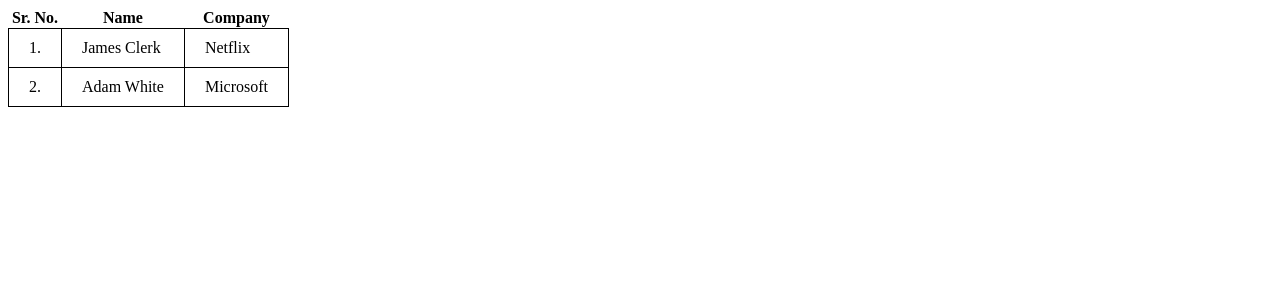
Repository: lhggiang/bangcuuchuong
Page: index.html
These files come from the project's save history. The page is drawn as it stood at one moment and after the next save; the edit follows.
The browser window is 1280 px wide. The pictures show the whole page.

Above is the page before, as saved 2023-05-19 07:25:45.

### index.html
<!DOCTYPE html>
<html lang="en">

<head>
    <meta charset="UTF-8">
    <meta http-equiv="X-UA-Compatible" content="IE=edge">
    <meta name="viewport" content="width=device-width, initial-scale=1.0">
    <title>Document</title>
    <style>
        table {
            border-collapse: collapse;
            border-spacing: 0;
        }

        td {
            padding: 10px 20px;
            border: 1px solid #000;
        }
    </style>
</head>

<body id="body">
    <script src="./javascript.js"></script>
</body>

</html>

### javascript.js
let table = document.createElement("table");
let thead = document.createElement("thead");
let tbody = document.createElement("tbody");

table.appendChild(thead);
table.appendChild(tbody);

// Adding the entire table to the body tag
document.getElementById("body").appendChild(table);
let row_1 = document.createElement("tr");
let heading_1 = document.createElement("th");
heading_1.innerHTML = "Sr. No.";
let heading_2 = document.createElement("th");
heading_2.innerHTML = "Name";
let heading_3 = document.createElement("th");
heading_3.innerHTML = "Company";

row_1.appendChild(heading_1);
row_1.appendChild(heading_2);
row_1.appendChild(heading_3);
thead.appendChild(row_1);

// Creating and adding data to second row of the table
let row_2 = document.createElement("tr");
let row_2_data_1 = document.createElement("td");
row_2_data_1.innerHTML = "1.";
let row_2_data_2 = document.createElement("td");
row_2_data_2.innerHTML = "James Clerk";
let row_2_data_3 = document.createElement("td");
row_2_data_3.innerHTML = "Netflix";

row_2.appendChild(row_2_data_1);
row_2.appendChild(row_2_data_2);
row_2.appendChild(row_2_data_3);
tbody.appendChild(row_2);

// Creating and adding data to third row of the table
let row_3 = document.createElement("tr");
let row_3_data_1 = document.createElement("td");
row_3_data_1.innerHTML = "2.";
let row_3_data_2 = document.createElement("td");
row_3_data_2.innerHTML = "Adam White";
let row_3_data_3 = document.createElement("td");
row_3_data_3.innerHTML = "Microsoft";

row_3.appendChild(row_3_data_1);
row_3.appendChild(row_3_data_2);
row_3.appendChild(row_3_data_3);
tbody.appendChild(row_3);

After the next save:
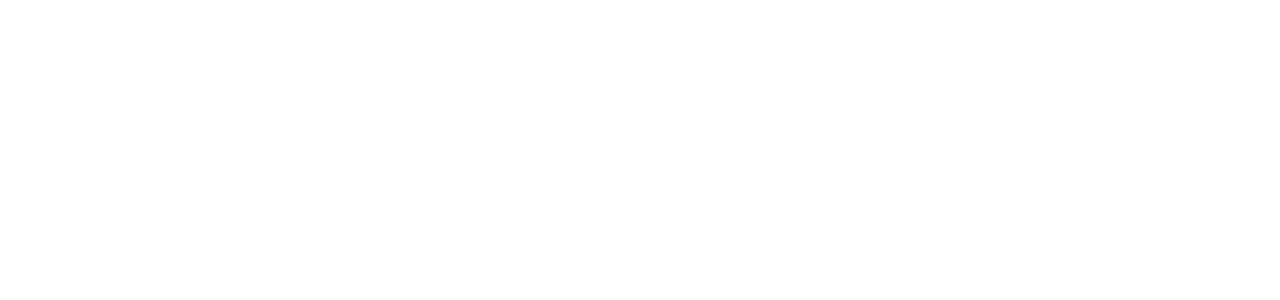
Saved 15 s later.
--- a/javascript.js
+++ b/javascript.js
@@ -4,21 +4,6 @@
 
 table.appendChild(thead);
 table.appendChild(tbody);
-
-// Adding the entire table to the body tag
-document.getElementById("body").appendChild(table);
-let row_1 = document.createElement("tr");
-let heading_1 = document.createElement("th");
-heading_1.innerHTML = "Sr. No.";
-let heading_2 = document.createElement("th");
-heading_2.innerHTML = "Name";
-let heading_3 = document.createElement("th");
-heading_3.innerHTML = "Company";
-
-row_1.appendChild(heading_1);
-row_1.appendChild(heading_2);
-row_1.appendChild(heading_3);
-thead.appendChild(row_1);
 
 // Creating and adding data to second row of the table
 let row_2 = document.createElement("tr");
@@ -33,17 +18,3 @@
 row_2.appendChild(row_2_data_2);
 row_2.appendChild(row_2_data_3);
 tbody.appendChild(row_2);
-
-// Creating and adding data to third row of the table
-let row_3 = document.createElement("tr");
-let row_3_data_1 = document.createElement("td");
-row_3_data_1.innerHTML = "2.";
-let row_3_data_2 = document.createElement("td");
-row_3_data_2.innerHTML = "Adam White";
-let row_3_data_3 = document.createElement("td");
-row_3_data_3.innerHTML = "Microsoft";
-
-row_3.appendChild(row_3_data_1);
-row_3.appendChild(row_3_data_2);
-row_3.appendChild(row_3_data_3);
-tbody.appendChild(row_3);

After the 2 saves that followed:
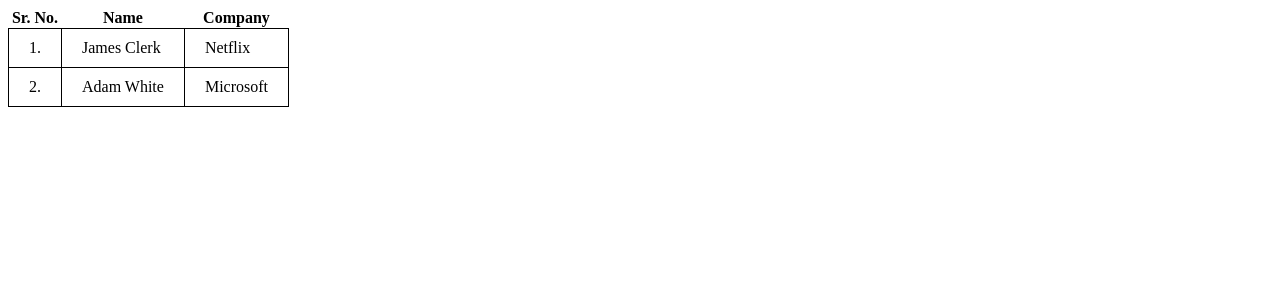
The 2 saves are shown as one change because 1 left the picture as it was.
The last was saved 21 s later.
--- a/javascript.js
+++ b/javascript.js
@@ -4,6 +4,21 @@
 
 table.appendChild(thead);
 table.appendChild(tbody);
+
+// Adding the entire table to the body tag
+document.getElementById("body").appendChild(table);
+let row_1 = document.createElement("tr");
+let heading_1 = document.createElement("th");
+heading_1.innerHTML = "Sr. No.";
+let heading_2 = document.createElement("th");
+heading_2.innerHTML = "Name";
+let heading_3 = document.createElement("th");
+heading_3.innerHTML = "Company";
+
+row_1.appendChild(heading_1);
+row_1.appendChild(heading_2);
+row_1.appendChild(heading_3);
+thead.appendChild(row_1);
 
 // Creating and adding data to second row of the table
 let row_2 = document.createElement("tr");
@@ -18,3 +33,17 @@
 row_2.appendChild(row_2_data_2);
 row_2.appendChild(row_2_data_3);
 tbody.appendChild(row_2);
+
+// Creating and adding data to third row of the table
+let row_3 = document.createElement("tr");
+let row_3_data_1 = document.createElement("td");
+row_3_data_1.innerHTML = "2.";
+let row_3_data_2 = document.createElement("td");
+row_3_data_2.innerHTML = "Adam White";
+let row_3_data_3 = document.createElement("td");
+row_3_data_3.innerHTML = "Microsoft";
+
+row_3.appendChild(row_3_data_1);
+row_3.appendChild(row_3_data_2);
+row_3.appendChild(row_3_data_3);
+tbody.appendChild(row_3);
